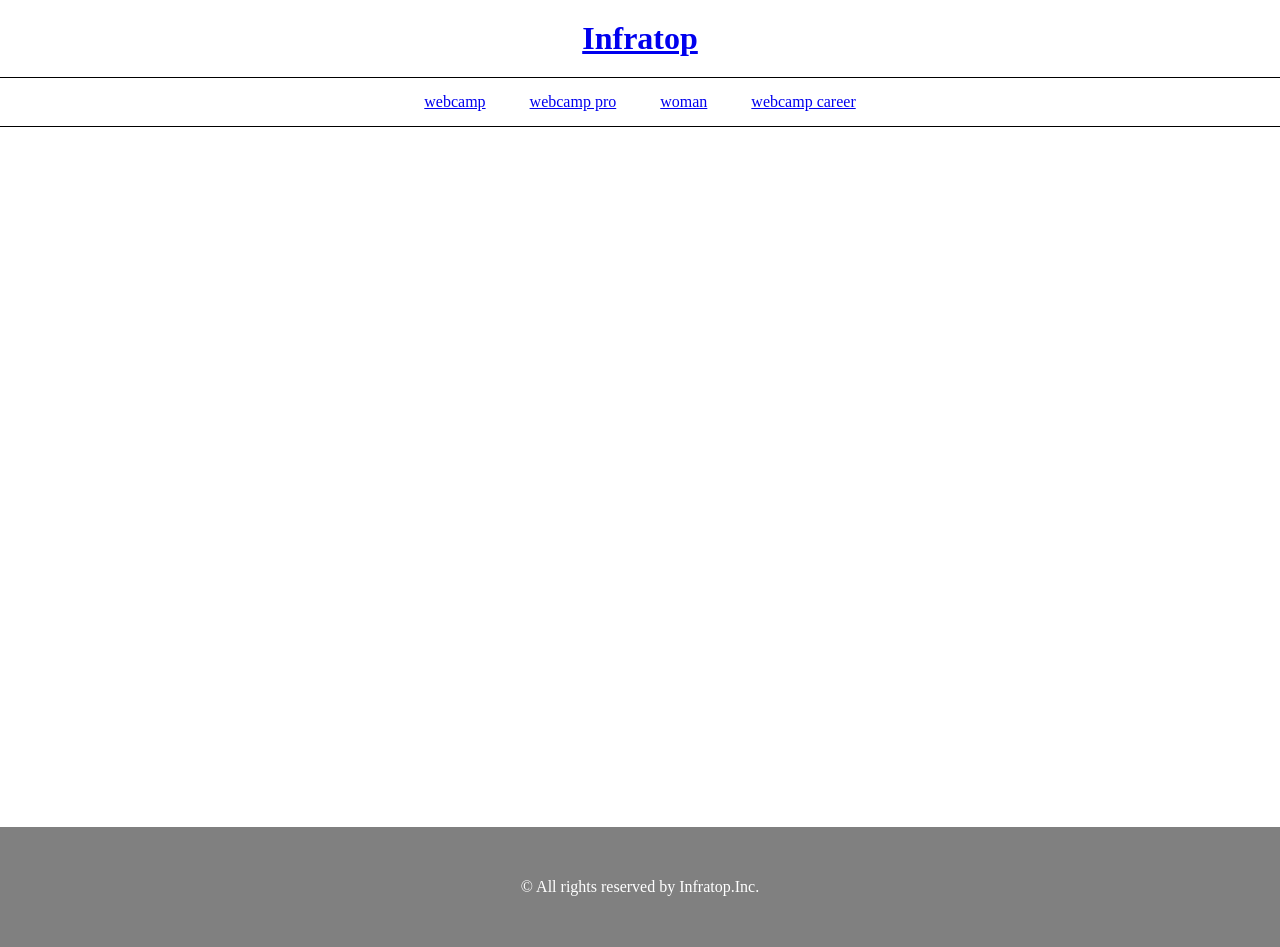
Repository: rascalNoShippo/git-practice
Page: chapter5_exercise/index.html
The author's editor kept a record of every edit. The page is drawn from the files as they stood at one moment, then again after the next edit.
The browser window is 1280 px wide. The pictures show the whole page.

Above is the page before.

After the next edit:
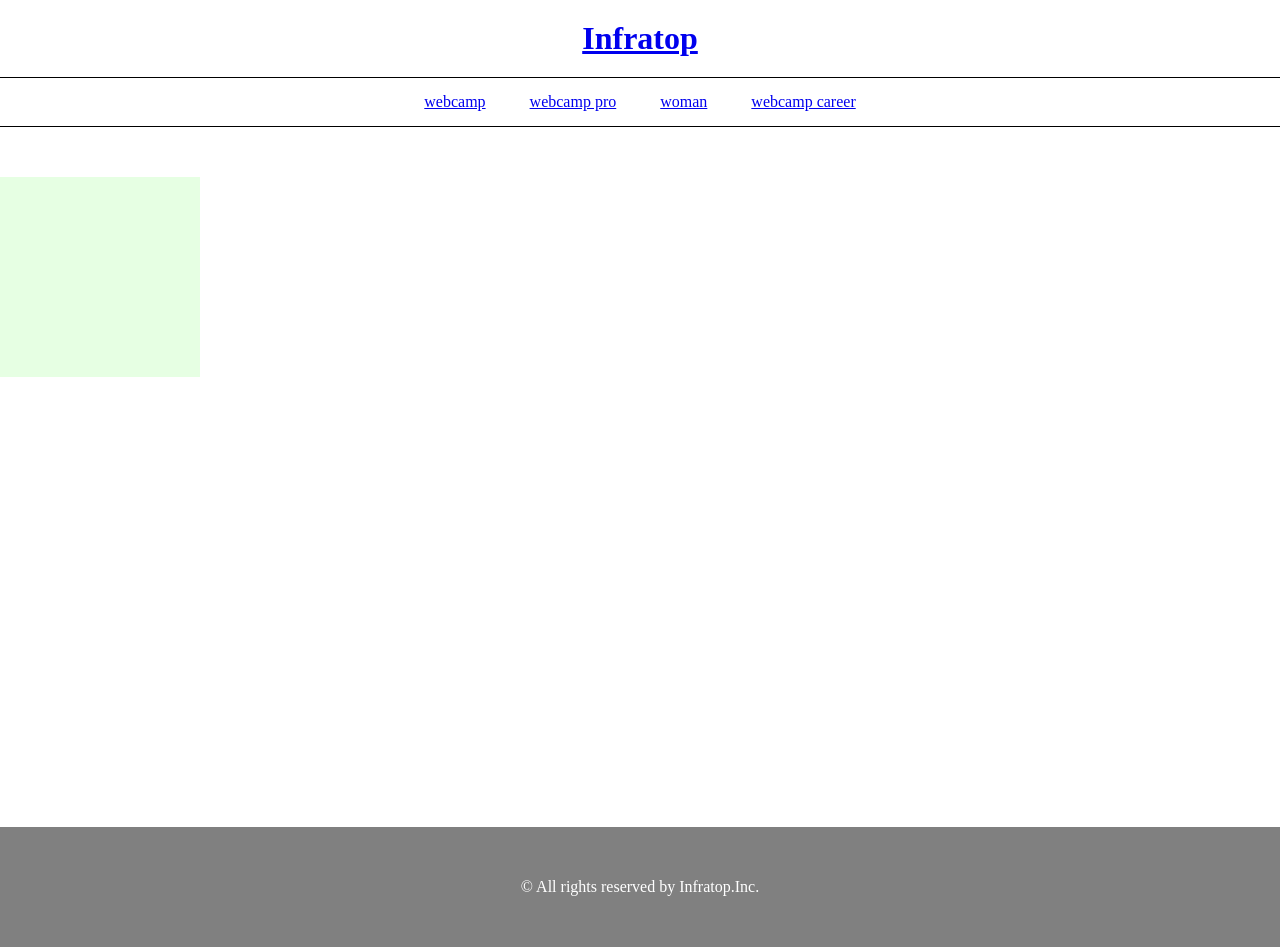
The edit:
--- a/chapter5_exercise/style.css
+++ b/chapter5_exercise/style.css
@@ -37,7 +37,7 @@
   width: 200px;
 }
 
-.box.1{
+.box.n1{
   background-color: #e6ffe3;
 }
 
